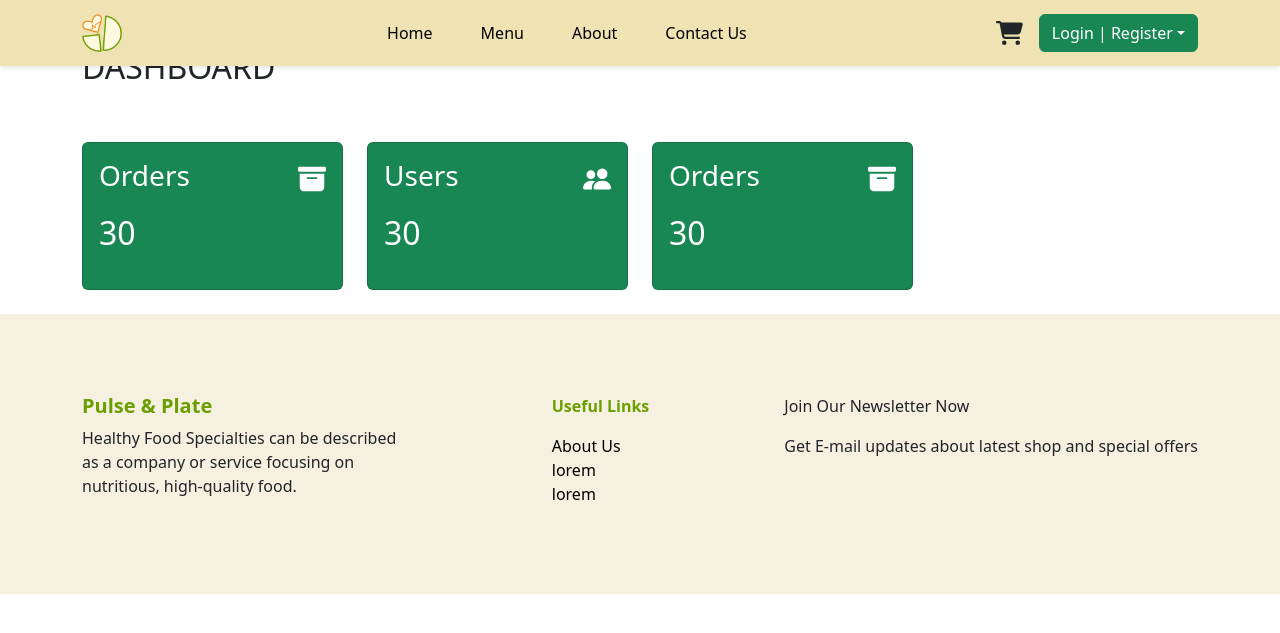
Repository: zeinawady/Pulse-and-Plate
Page: /dashboard
The author's editor kept a copy of each file at every save. The page is drawn from the files as they stood at one save, then again after a run of saves.
The browser window is 1280 px wide. The pictures show the whole page.
The project was rebuilt for these pictures with package versions that can differ from the ones it lists, and the page was loaded fresh each time. Also part of the build but not shown: src/components/Main/Main.css, src/components/Main/Main.js, src/components/Menu/MealCard.css, src/components/Menu/MealCard.js, src/components/Menu/Categories.css, src/components/Menu/Categories.js, src/components/Menu/Menu.css, src/components/Menu/Menu.js and 21 more.

Above is the page before, as saved 2025-05-15 18:57:18.

After the next 3 saves:
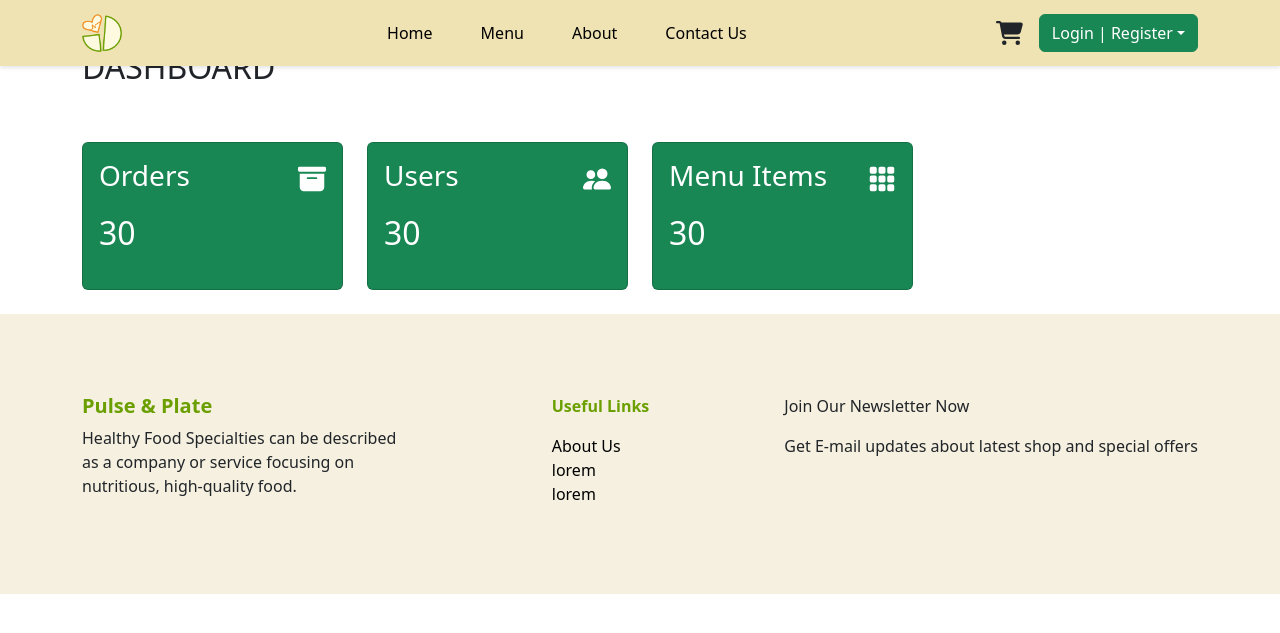
The 3 saves are shown as one change because 2 did not build or start.
The last was saved 35 s later.
--- a/src/components/Dashboard/Dashboard.js
+++ b/src/components/Dashboard/Dashboard.js
@@ -1,7 +1,7 @@
 import React from "react";
 import "../../App";
 import "./Dashboard.css";
-import { BsFillArchiveFill ,BsPeopleFill} from "react-icons/bs";
+import { BsFillArchiveFill ,BsPeopleFill , BsFillGrid3X3GapFill} from "react-icons/bs";
 export default function Dashboard() {
   return (
     <div className="main-container container">
@@ -45,9 +45,9 @@ export default function Dashboard() {
             <div className="card-body">
               <div className="card-inner">
                 <div className="card-title d-flex justify-content-between">
-                  <h3>Orders</h3>
+                  <h3>Menu Items</h3>
                   <h3 className="card_icon ">
-                    <BsFillArchiveFill />
+                    <BsFillGrid3X3GapFill />
                   </h3>
                 </div>
                 <p className="fs-2">30</p>
